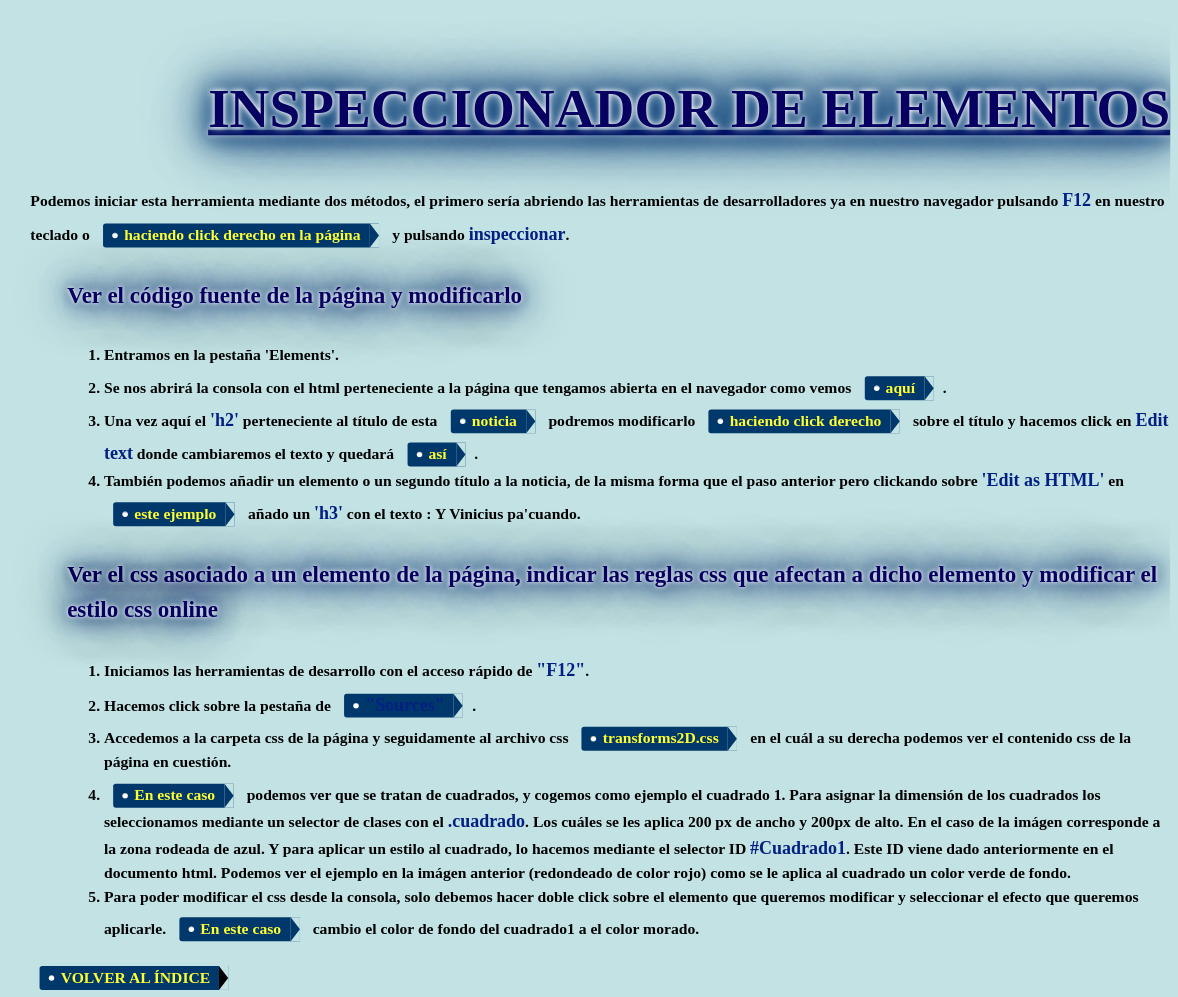
Repository: VictorinoBF97/HerramientasDesarollo
Page: inspeccionarElemento.html
These files come from the project's save history. The page is drawn as it stood at one moment and after a run of saves; the edit follows.
The browser window is 1280 px wide. The pictures show the whole page, at 92% of full size.

Above is the page before, as saved 2018-12-09 09:45:29.
Not found: main.js

### inspeccionarElemento.html
<!DOCTYPE html>
<html>
<head>
    <meta charset="utf-8" />
    <meta http-equiv="X-UA-Compatible" content="IE=edge">
    <title>INSPECCIONAR ELEMENTOS</title>
    <meta name="viewport" content="width=device-width, initial-scale=1">
    <link rel="stylesheet" type="text/css" media="screen" href="./css/styles.css" />
    <script src="main.js"></script>
    <link href="./iconoPestaña/images/iconoPestaña.png" rel="shortcut icon" type="image/x-icon" />
</head>
<body>
    <h1><u>INSPECCIONADOR DE ELEMENTOS</u></h1>
        <p> Podemos iniciar esta herramienta mediante dos métodos, el primero sería abriendo las herramientas de desarrolladores ya en nuestro navegador pulsando <strong>F12</strong> en nuestro teclado o <a href="./images/click.PNG" target="_blank">haciendo click derecho en la página</a> y pulsando <strong>inspeccionar</strong>.
        </p>
    <ul>
    <div><h4>Ver el código fuente de la página y modificarlo</h4></div>
    <ol>
        <li>Entramos en la pestaña <b>'Elements'.</b></li>
        <li>Se nos abrirá la consola con el html perteneciente a la página que tengamos abierta en el navegador como vemos <a href="./images/html.PNG" target="_blank">aquí</a>.</li>
        <li>Una vez aquí el <strong>'h2'</strong> perteneciente al título de esta <a href="./images/noticia.PNG" target="_blank">noticia</a> podremos modificarlo <a href="./images/derecho.PNG" target="_blank">haciendo click derecho</a> sobre el título y hacemos click en <strong>Edit text</strong> donde cambiaremos el texto y quedará <a href="./images/modificar.PNG" target="_blank">así</a>.</li>
        <li> También podemos añadir un elemento o un segundo título a la noticia, de la misma forma que el paso anterior pero clickando sobre <strong>'Edit as HTML'</strong> en <a href="./images/añadir.PNG" target="_blank">este ejemplo</a> añado un <strong>'h3'</strong> con el texto : Y Vinicius pa'cuando.
        </li>
    </ol>
    <div><h4>Ver el css asociado a un elemento de la página, indicar las reglas css que afectan a dicho elemento y modificar el estilo css online</h4></div>
    <ol>
        <li>Iniciamos las herramientas de desarrollo con el acceso rápido de <strong>"F12"</strong>.
        </li>
        <li>Hacemos click sobre la pestaña de <a href="./images/sources.PNG" target="_blank"><strong>"Sources"</strong></a>.</li>
        <li>Accedemos a la carpeta css de la página y seguidamente al archivo css <a href="./images/source1.PNG" target="_blank">transforms2D.css</a> en el cuál a su derecha podemos ver el contenido css de la página en cuestión.</li>
        <li><a href="./images/source2.PNG" target="_blank">En este caso</a> podemos ver que se tratan de cuadrados, y cogemos como ejemplo el cuadrado 1. Para asignar la dimensión de los cuadrados los seleccionamos mediante un selector de clases con el <strong>.cuadrado</strong>. Los cuáles se les aplica 200 px de ancho y 200px de alto. En el caso de la imágen corresponde a la zona rodeada de azul.
        Y para aplicar un estilo al cuadrado, lo hacemos mediante el selector ID <strong>#Cuadrado1</strong>. Este ID viene dado anteriormente en el documento html. Podemos ver el ejemplo en la imágen anterior (redondeado de color rojo) como se le aplica al cuadrado un color verde de fondo.</li>
        <li>Para poder modificar el css desde la consola, solo debemos hacer doble click sobre el elemento que queremos modificar y seleccionar el efecto que queremos aplicarle. <a href="./images/source3.PNG" target="_blank">En este caso</a> cambio el color de fondo del cuadrado1 a el color morado.</li>
    </ol>
    </ul>
    <a href="indice.html" target="_self" class="volver">VOLVER AL ÍNDICE</a>
</body>
</html>

### css/styles.css
@charset "UTF-8";

/* CUERPO DE LA PÁGINA HTML */
html {
  background-color: #c2e2e4;
  overflow: auto;
  overflow-x: scroll; }

/* TÍTULO PRINCIPAL DEL ÍNDICE */
.titulo {
  text-shadow: 0px 0px 5px #989993;
  border: 15px ridge #1E90FF;
  width: 75%;
  text-align:right;}

/* TÍTULOS */
h1 {
  font-size: 60px;
  font-family: 'Futura';
  color: #070061;
  text-shadow: 0 0 5px #fff, 0 0 10px #fff, 0 0 20px #033a75, 0 0 30px #033a75, 0 0 40px #033a75, 0 0 55px #033a75, 0 0 75px #033a75;
  text-align: right; }

h2, h3, h4 {
  font-size: 25px;
  font-family: 'Futura';
  color: #070061;
  text-shadow: 0 0 5px #fff, 0 0 10px #fff, 0 0 20px #033a75, 0 0 30px #033a75, 0 0 10px #033a75, 0 0 55px #033a75, 0 0 75px #033a75; }

/* CUERPO DE LA PÁGINA */
body {
  font: 17px/1.5 'PT Sans', serif;
  font-weight: bold;
  overflow: hidden;
  padding-left: 25px;
  padding-top: 25px; }

strong {
  font-size:115%;
  color: #021F82;
  }

/* ÍNDICE */
.indice {
  font-size: 125%; }


/* ENLACES Y REDIRECCIONAMIENTO */
a {
  background: rgb(1, 56, 107);
  border-radius: 3px 0 0 3px;
  color: #ffff33;
  display: inline-block;
  height: 26px;
  line-height: 26px;
  padding: 0 20px 0 23px;
  position: relative;
  margin: 10px 10px 0;
  text-decoration: none;
  -webkit-transition: color 0.2s; }

a::before {
  background: #fff;
  border-radius: 10px;
  box-shadow: inset 0 1px rgba(0, 0, 0, 0.25);
  content: '';
  height: 6px;
  left: 10px;
  position: absolute;
  width: 6px;
  top: 10px; }

a::after {
  background: #c2e2e4;
  border-bottom: 13px solid transparent;
  border-left: 10px solid rgb(1, 56, 107);
  border-top: 13px solid transparent;
  content: '';
  position: absolute;
  right: 0;
  top: 0; }

a:hover {
  background-color: rgb(220,20,60);
  color: #ffffff; }

a:hover::after {
  border-left-color: rgb(220,20,60); }

/* VOLVER AL ├ìNDICE */
.volver::after {
  background: #c2e2e4;
  border-bottom: 13px solid transparent;
  border-left: 10px solid black;
  border-top: 13px solid transparent;
  content: '';
  position: absolute;
  right: 0;
  top: 0; }

.volver:hover {
  background-color: rgb(220,20,60);
  color: #ffffff; }

.volver:hover::after {
  border-right-color: rgb(220,20,60); }

/*# sourceMappingURL=styles.css.map */

After the next 2 saves:
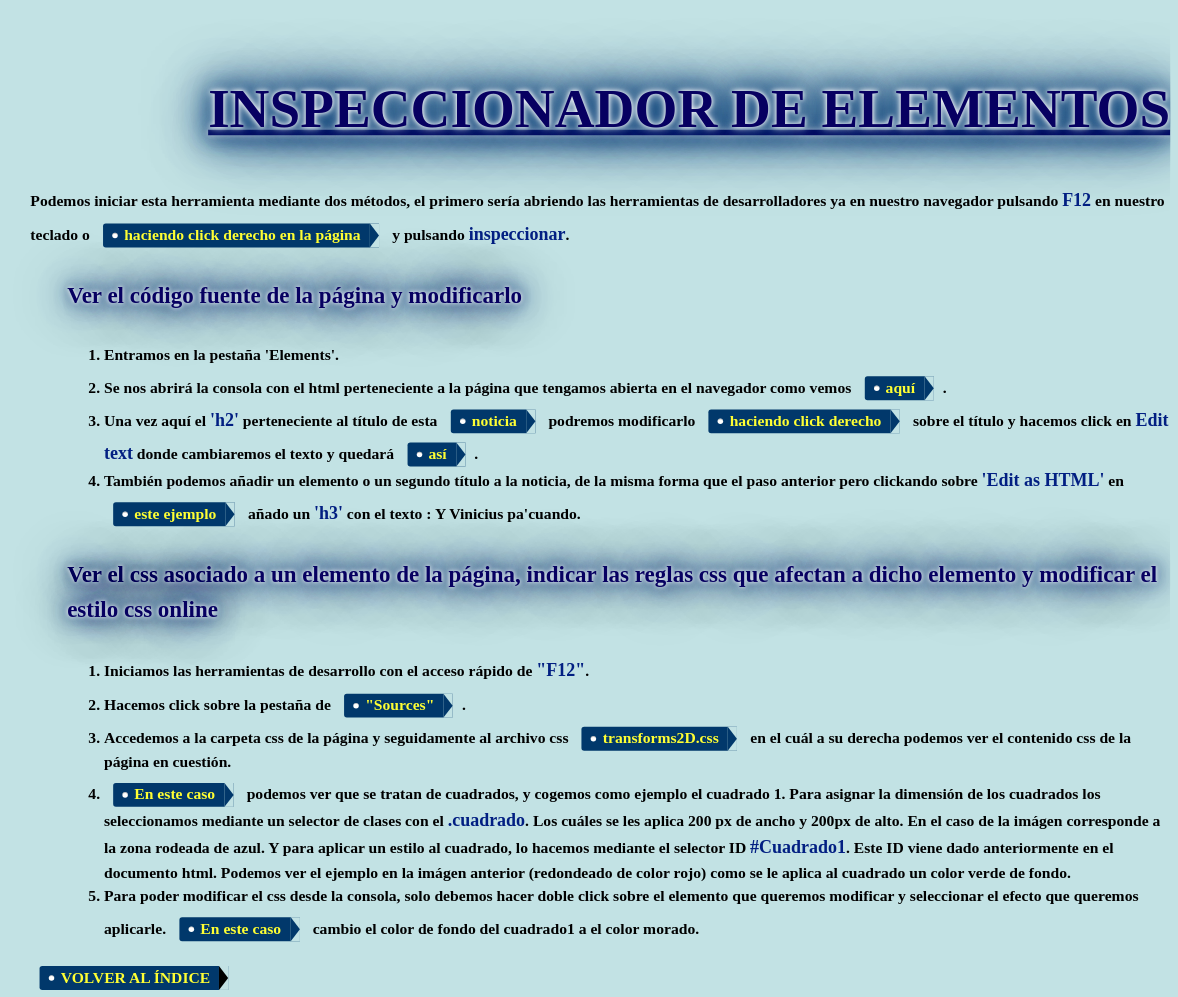
The 2 saves are shown as one change because they came seconds apart.
The last was saved 79 s later.
--- a/inspeccionarElemento.html
+++ b/inspeccionarElemento.html
@@ -26,7 +26,7 @@
     <ol>
         <li>Iniciamos las herramientas de desarrollo con el acceso rápido de <strong>"F12"</strong>.
         </li>
-        <li>Hacemos click sobre la pestaña de <a href="./images/sources.PNG" target="_blank"><strong>"Sources"</strong></a>.</li>
+        <li>Hacemos click sobre la pestaña de <a href="./images/sources.PNG" target="_blank">"Sources"</a>.</li>
         <li>Accedemos a la carpeta css de la página y seguidamente al archivo css <a href="./images/source1.PNG" target="_blank">transforms2D.css</a> en el cuál a su derecha podemos ver el contenido css de la página en cuestión.</li>
         <li><a href="./images/source2.PNG" target="_blank">En este caso</a> podemos ver que se tratan de cuadrados, y cogemos como ejemplo el cuadrado 1. Para asignar la dimensión de los cuadrados los seleccionamos mediante un selector de clases con el <strong>.cuadrado</strong>. Los cuáles se les aplica 200 px de ancho y 200px de alto. En el caso de la imágen corresponde a la zona rodeada de azul.
         Y para aplicar un estilo al cuadrado, lo hacemos mediante el selector ID <strong>#Cuadrado1</strong>. Este ID viene dado anteriormente en el documento html. Podemos ver el ejemplo en la imágen anterior (redondeado de color rojo) como se le aplica al cuadrado un color verde de fondo.</li>
